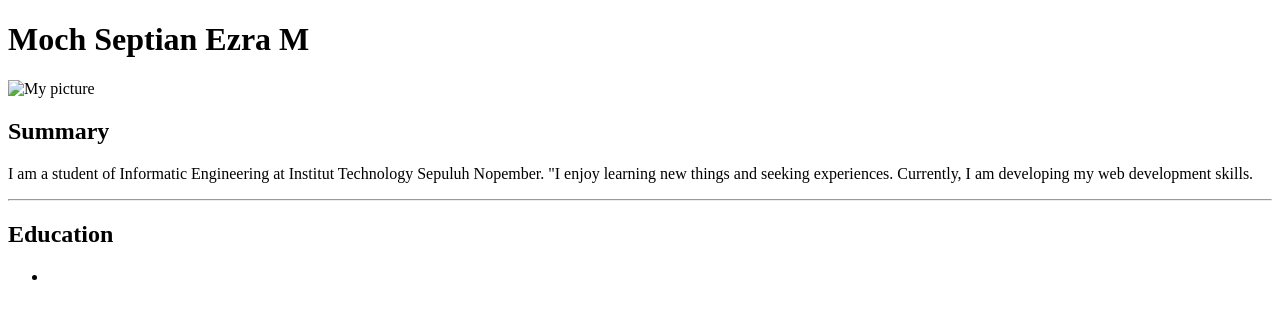
Repository: arzeee/Web_Course
Page: Capstone Project 1/index.html
An editor plug-in stored every save of this project. The page is shown before and after the next save, followed by the edit.
The browser window is 1280 px wide. The pictures show the whole page.

Above is the page before, as saved 2024-12-06 07:43:17.

After the next save:
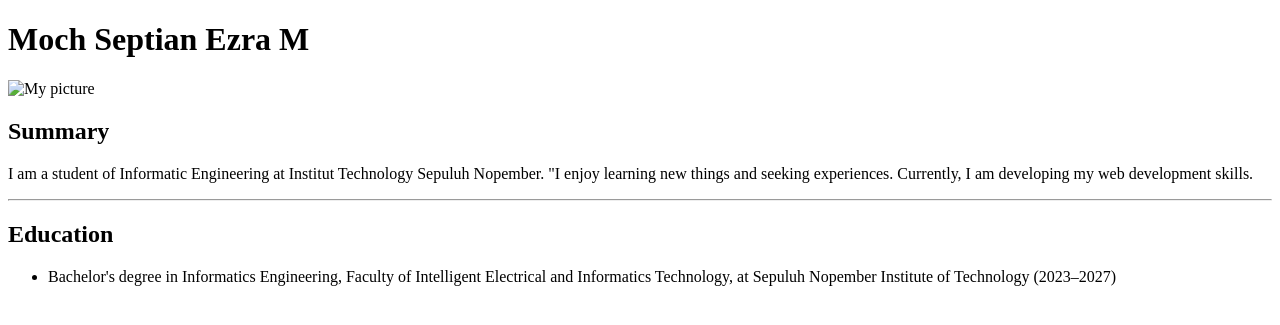
Saved 2 min 12 s later.
--- a/Capstone Project 1/index.html
+++ b/Capstone Project 1/index.html
@@ -15,7 +15,7 @@
 
     <h2>Education</h2>
     <ul>
-        <li></li>
+        <li>Bachelor's degree in Informatics Engineering, Faculty of Intelligent Electrical and Informatics Technology, at Sepuluh Nopember Institute of Technology (2023–2027)</li>
     </ul>
     <h2></h2>
     <h2></h2>
